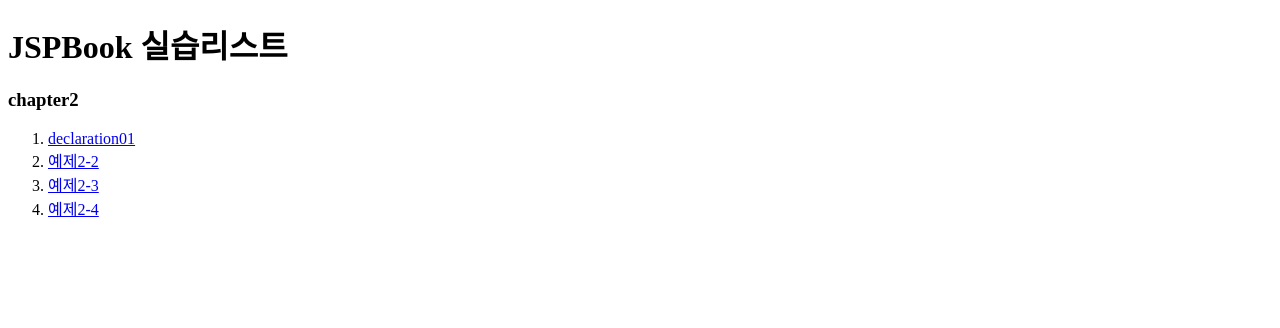
Repository: byeolchorong/ITedunet
Page: JSP/JSPBook/src/main/webapp/index.html
These files come from the project's save history. The page is drawn as it stood at one moment and after the next save; the edit follows.
The browser window is 1280 px wide. The pictures show the whole page.

Above is the page before, as saved 2025-05-21 03:06:42.

After the next save:
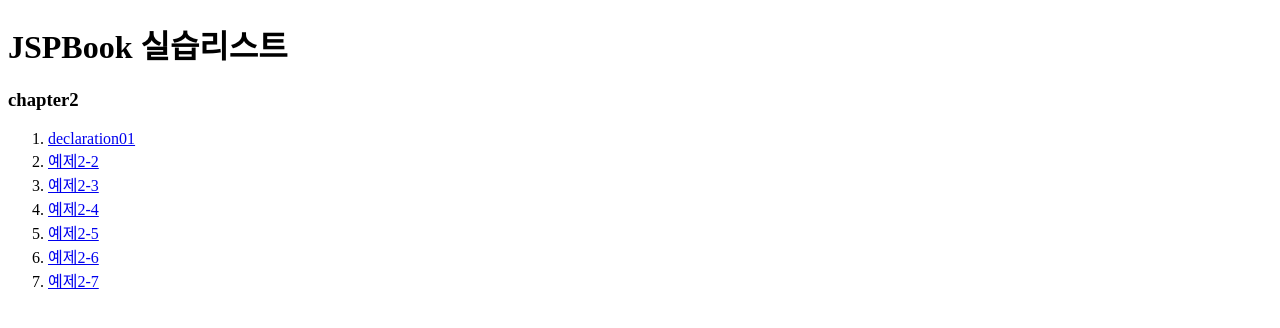
Saved 27 min 51 s later.
--- a/JSP/JSPBook/src/main/webapp/index.html
+++ b/JSP/JSPBook/src/main/webapp/index.html
@@ -12,6 +12,9 @@
 		<li><a href="exam2_2">예제2-2</a></li>
 		<li><a href="exam2_3">예제2-3</a></li>
 		<li><a href="exam2_4">예제2-4</a></li>
+		<li><a href="exam2_5">예제2-5</a></li>
+		<li><a href="exam2_6">예제2-6</a></li>
+		<li><a href="exam2_7">예제2-7</a></li>
 	</ol>
 </body>
 </html>
